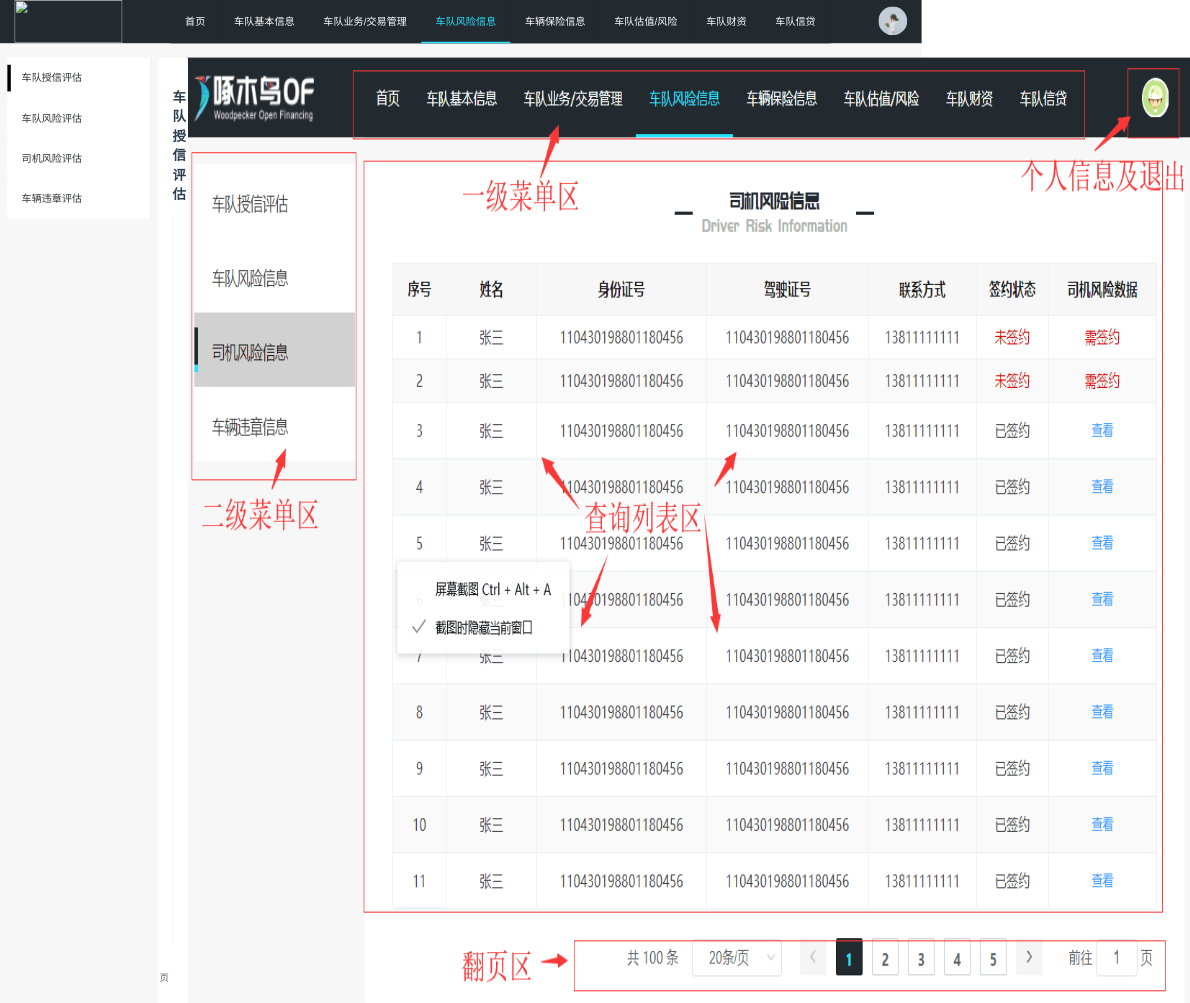
Repository: TheWomanLiketheWind/woodpecker
Page: /
The author's editor kept a copy of each file at every save. The page is drawn from the files as they stood at one save, then again after the next save.
The browser window is 1280 px wide. The page is 1653 px wide, then 1280 px, then 1653 px, so the pictures cover 1653 px, including what lies to the right of the window. The pictures show the whole page, at 72% of full size.
The project was rebuilt for these pictures with package versions that can differ from the ones it lists, and the page was loaded fresh each time. Also part of the build but not shown: src/views/menuThird.vue.

Above is the page before, as saved 2019-07-26 09:53:09.

### public/index.html
<!DOCTYPE html>
<html lang="en">
  <head>
    <meta charset="utf-8">
    <meta http-equiv="X-UA-Compatible" content="IE=edge">
    <meta name="viewport" content="width=device-width,initial-scale=1.0">
    <link rel="icon" href="<%= BASE_URL %>favicon.ico">
    <title>woodpecker</title>
  </head>
  <body>
    <noscript>
      <strong>We're sorry but woodpecker doesn't work properly without JavaScript enabled. Please enable it to continue.</strong>
    </noscript>
    <div id="app"></div>
    <!-- built files will be auto injected -->
  </body>
</html>

### src/App.vue
<template>
  <div id="app">
    <router-view />
  </div>
</template>

<style lang="scss">
#app {
  font-family: "Avenir", Helvetica, Arial, sans-serif;
  -webkit-font-smoothing: antialiased;
  -moz-osx-font-smoothing: grayscale;
  text-align: center;
  color: #2c3e50;
  background: #f7f7f7;
  .el-header {
    display: flex;
    justify-content: space-between;
    align-items: center;
  }
  .menuSecond {
    .el-menu-item:focus,
    .el-menu-item:hover {
      background-color: rgb(209, 209, 209);
    }
    .el-menu-item.is-active span {
      border-left: 5px solid #000;
    }
    .el-menu-item {
      display: flex;
      align-items: center;
      padding: 0 !important;
    }

    .el-menu-item span {
      border-left: 5px solid #fff;
      height: 37px;
      line-height: 37px;
      text-align: left;
      width: 100%;
      display: block;
      padding-left: 15px;
    }
  }
}
#nav {
  padding: 30px;
  a {
    font-weight: bold;
    color: #2c3e50;
    &.router-link-exact-active {
      color: #42b983;
    }
  }
}
body {
  margin: 0;
}
</style>

### src/router.ts
import Vue from 'vue'
import Router from 'vue-router'
import Home from './views/Home.vue'
Vue.use(Router)

export default new Router({
  mode: 'history',
  base: process.env.BASE_URL,
  routes: [
    {
      path: '/',
      name: 'home',
      component: Home,
      children: [
        {
          path: '/',
          name: 'menuSecond',
          children: [
            {
              path: '/',
              name: 'menuThird',
              component: () =>
                import(/* webpackChunkName: "about" */ './views/menuThird.vue')
            }
          ],
          component: () =>
            import(/* webpackChunkName: "about" */ './views/menuSecond.vue')
        }
      ]
    }
  ]
})

### src/views/Home.vue
<template>
  <el-container>
    <el-header class="headerAll">
      <img src=""
           class="headImage">
      <el-menu :default-active="activeIndex"
               class="el-menu-demo"
               mode="horizontal"
               background-color="#222a30"
               text-color="#fff"
               active-text-color="#29e2fe"
               @select="handleSelect">
        <el-menu-item v-for="(item, index) in menuList"
                      :key="index"
                      :index="item.index"
                      v-on:listenToChildEvent="menuClick">{{item.name}}</el-menu-item>
      </el-menu>

      <el-dropdown>
        <img src="../assets/headImage.jpg"
             class="drophead" />
        <el-dropdown-menu slot="dropdown">
          <el-dropdown-item>个人信息</el-dropdown-item>
          <el-dropdown-item>退出</el-dropdown-item>
        </el-dropdown-menu>
      </el-dropdown>
    </el-header>
    <!-- <router-link to="/menuSecond">点击跳转</router-link> -->
    <router-view />
  </el-container>
</template>

<script lang="ts">
import { Component, Vue } from "vue-property-decorator";

@Component({
  components: {}
})
export default class Home extends Vue {
  data() {
    return {
      activeIndex: "4",
      menuList: [
        {
          name: "首页",
          index: "1",
          link: ""
        },
        {
          name: "车队基本信息",
          index: "2",
          link: ""
        },
        {
          name: "车队业务/交易管理",
          index: "3",
          link: ""
        },
        {
          name: "车队风险信息",
          index: "4",
          link: ""
        },
        {
          name: "车辆保险信息",
          index: "5",
          link: ""
        },
        {
          name: "车队估值/风险",
          index: "6",
          link: ""
        },
        {
          name: "车队财资",
          index: "7",
          link: ""
        },
        {
          name: "车队信贷",
          index: "8",
          link: ""
        }
      ]
    };
  }

  private handleSelect(key: any, keyPath: any) {
    console.log(key, keyPath);
  }

  menuClick(data: any) {
    this.$router.push(data);
  }
}
</script>

<style lang="scss">
.headerAll {
  background: #222a30;
  margin-bottom: 20px;
  .headImage {
    width: 150px;
    height: 100%;
    border: 0;
  }
  .drophead {
    width: 40px;
    height: 40px;
    border-radius: 50%;
  }
}
</style>

### src/views/menuSecond.vue
<template>
  <el-container class="menuSecond">

    <el-aside width="200px"
              class="asideClass">
      <el-menu :default-active="defaultActive"
               class="el-menu-vertical-demo"
               active-text-color="#303133"
               @select="handleSelect">
        <el-menu-item v-for="(item, index) in filesList.navigeList"
                      :key="index"
                      :index="item.index">
          <span slot="title">{{item.name}}</span>
        </el-menu-item>
      </el-menu>
    </el-aside>
    <el-main class="menuSecondRight">
      <h3>{{filesList.navigeList[this.selectIndex].name}}</h3>
      <el-table :data="tableData"
                border
                stripe
                style="width: 100%">
        <el-table-column type="index"
                         label="序号"
                         width="70"
                         align="center">
        </el-table-column>
        <el-table-column prop="name"
                         label="姓名"
                         width="110"
                         align="center" />
        <el-table-column prop="cardId"
                         label="身份证号"
                         align="center" />
        <el-table-column prop="driveId"
                         label="驾驶证号"
                         align="center" />
        <el-table-column prop="tel"
                         label="联系方式"
                         align="center" />
        <el-table-column prop="signType"
                         label="签约状态"
                         align="center">
          <template slot-scope="scope">
            <span :class="scope.row.signType === 0?'signTypeColor':''">{{scope.row.signType === 0?'未签约':'已签约'}}</span>
          </template>
        </el-table-column>
        <el-table-column label="司机风险数据"
                         align="center">
          <template slot-scope="scope">
            <el-button type="text"
                       v-if="scope.row.signType === 0"
                       class="signTypeColor">需签约</el-button>
            <el-button type="text"
                       v-else>查看</el-button>
          </template>
        </el-table-column>
      </el-table>
      <el-pagination @size-change="handleSizeChange"
                     @current-change="handleCurrentChange"
                     :current-page="currentPage4"
                     :page-sizes="[10, 20, 50, 100]"
                     :page-size="10"
                     layout="total, sizes, prev, pager, next, jumper"
                     :total="tableData.length">
      </el-pagination>
    </el-main>
    <img src="../assets/d1c2dc3ef8561f8ba11936fef14c613.png">
  </el-container>

</template>

<script lang="ts">
import Vue from "vue";
import files from "../jsonFile";

export default Vue.extend({
  data() {
    return {
      filesList: files,
      selectIndex: 0,
      defaultActive: "1",
      currentPage4: 4,
      tableData: [
        {
          name: "张三",
          cardId: "110430198801180456",
          driveId: "110430198801180456",
          tel: "13811111111",
          signType: 0
        }
      ]
    };
  },
  mounted() {
    this.defined();
  },
  methods: {
    defined() {
      for (let i = 0; i < 9; i++) {
        let object = {
          name: "张三",
          cardId: "110430198801180456",
          driveId: "110430198801180456",
          tel: "13811111111",
          signType: i === 0 ? 0 : 1
        };
        this.tableData.push(object);
      }
    },
    handleSelect(key: String) {
      this.selectIndex = Number(key) - 1;
    },
    handleSizeChange(val: Number) {
      console.log(`每页 ${val} 条`);
    },
    handleCurrentChange(val: Number) {
      console.log(`当前页: ${val}`);
    }
  }
});
</script>


<style lang="scss">
.menuSecond {
  background: #f7f7f7;
  margin: 0 10px;
  .menuSecondRight {
    background: #fff;
    margin-left: 10px;
  }
  .el-pagination {
    margin-top: 30px;
    float: right;
  }
  .signTypeColor {
    color: #d40707;
  }
}
.el-menu {
  background: #fff;
}
</style>

### src/jsonFile.ts
const fileObject = {
  navigeList: [
    {
      name: '车队授信评估',
      index: '1'
    },
    {
      name: '车队风险评估',
      index: '2'
    },
    {
      name: '司机风险评估',
      index: '3'
    },
    {
      name: '车辆违章评估',
      index: '4'
    }
  ]
}

export default fileObject

Loaded but not shown: src/main.ts (common file); src/store.ts (common file)

After the next save:
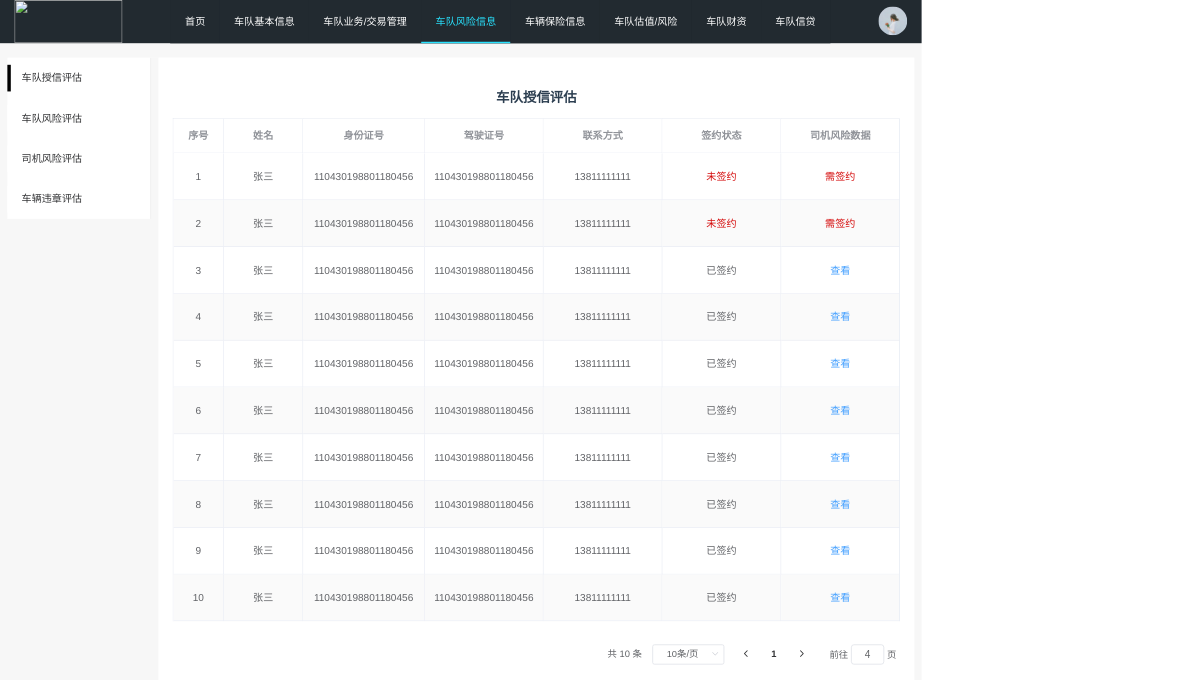
Saved 39 s later.
--- a/src/views/menuSecond.vue
+++ b/src/views/menuSecond.vue
@@ -65,7 +65,7 @@
                      :total="tableData.length">
       </el-pagination>
     </el-main>
-    <img src="../assets/d1c2dc3ef8561f8ba11936fef14c613.png">
+    <!-- <img src="../assets/d1c2dc3ef8561f8ba11936fef14c613.png"> -->
   </el-container>
 
 </template>

After the save that followed:
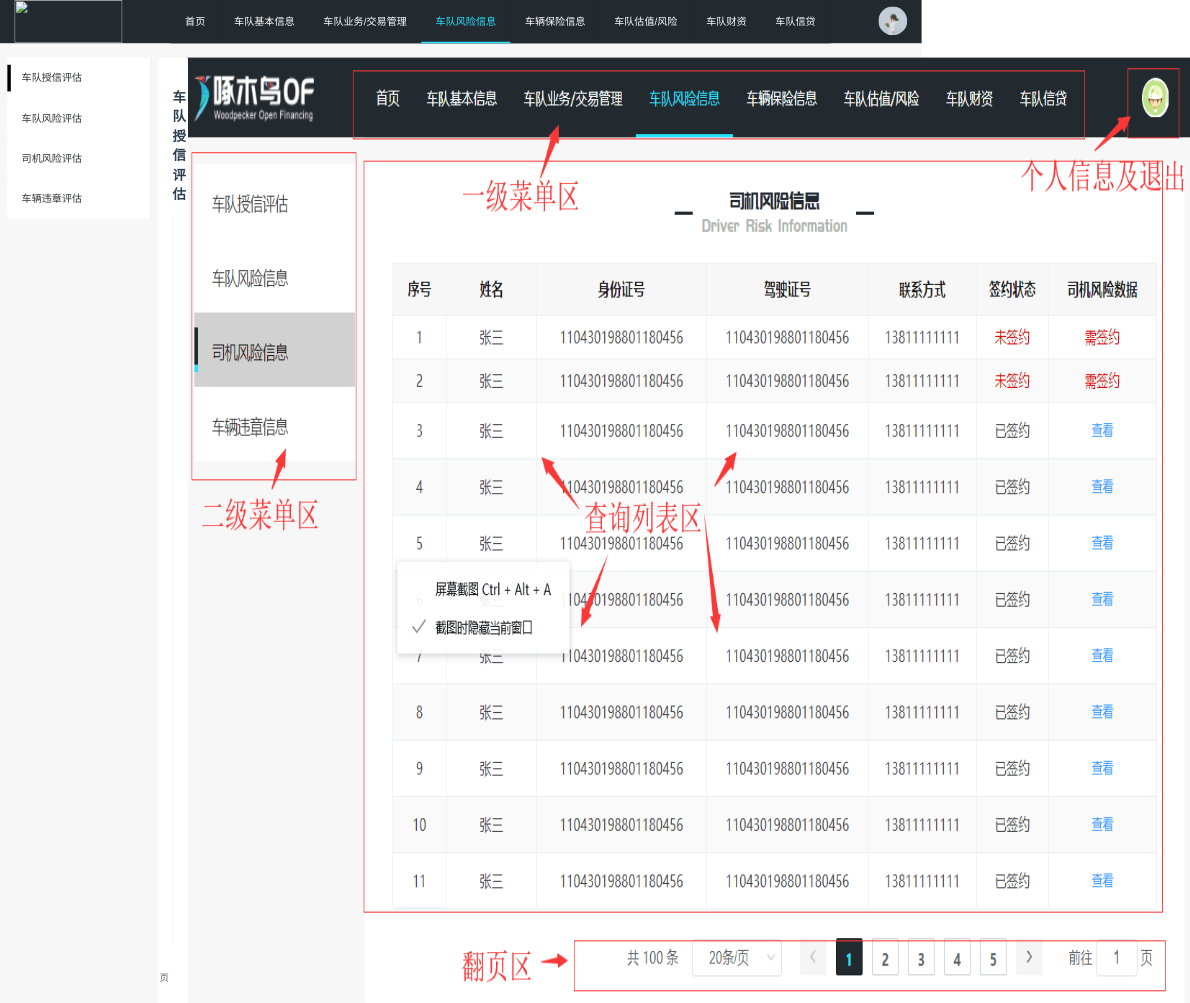
Saved 4 s later.
--- a/src/views/menuSecond.vue
+++ b/src/views/menuSecond.vue
@@ -65,7 +65,7 @@
                      :total="tableData.length">
       </el-pagination>
     </el-main>
-    <!-- <img src="../assets/d1c2dc3ef8561f8ba11936fef14c613.png"> -->
+    <img src="../assets/d1c2dc3ef8561f8ba11936fef14c613.png">
   </el-container>
 
 </template>
